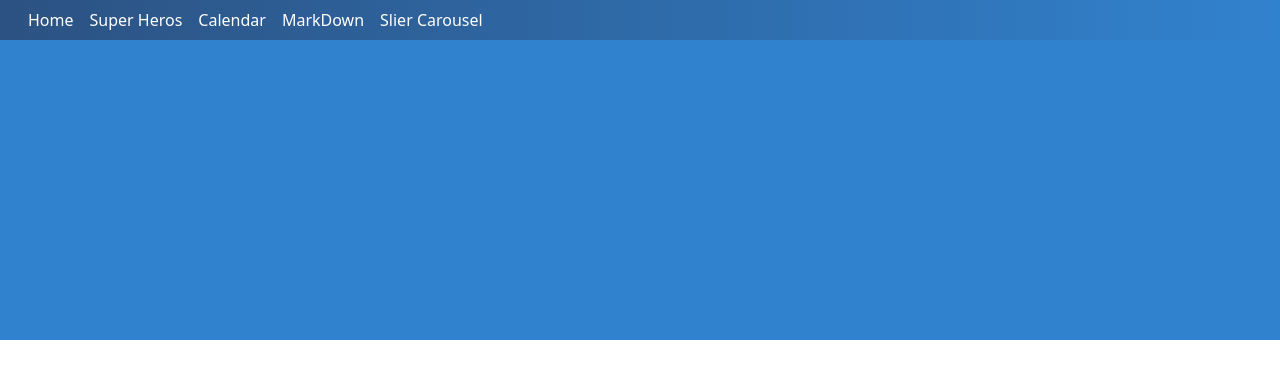
Repository: kshvkndl/VueFullCoursePractice
Page: /slider
An editor plug-in stored every save of this project. The page is shown before and after the next save, followed by the edit.
The browser window is 1280 px wide. The pictures show the whole page.
The project was rebuilt for these pictures with package versions that can differ from the ones it lists, and the page was loaded fresh each time. Also part of the build but not shown: src/pages/SuperHeros.vue, src/pages/Calender.vue, src/pages/Home.vue, src/utilities/mixins/debounce.js, src/pages/MarkDown.vue.

Above is the page before, as saved 2020-11-19 16:39:23.

After the next save:
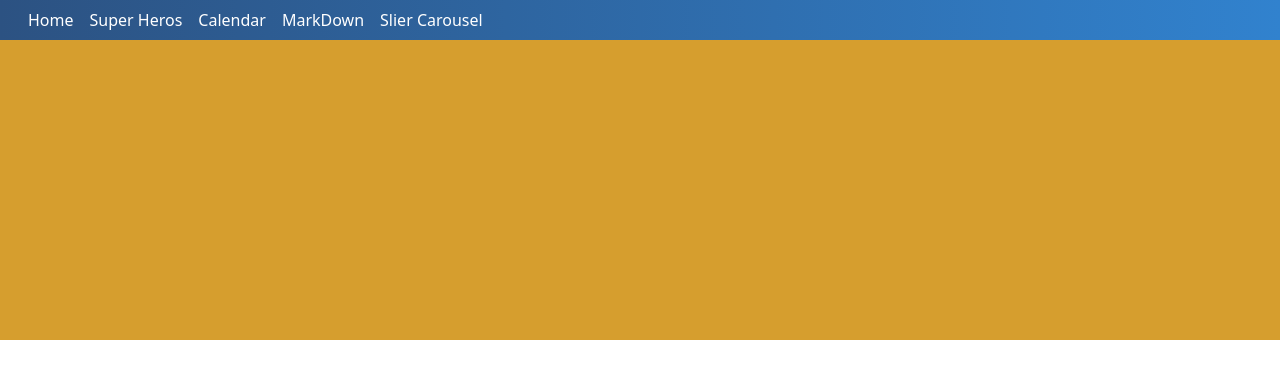
Saved 11 s later.
--- a/src/pages/Slider.vue
+++ b/src/pages/Slider.vue
@@ -3,7 +3,7 @@
     <div class="absolute w-full" v-for="(color, index) in sliders" :key="color">
       <div
         v-if="currentSlide == index"
-        class="bg-blue-600"
+        :class="color"
         style="height: 300px"
       ></div>
     </div>
